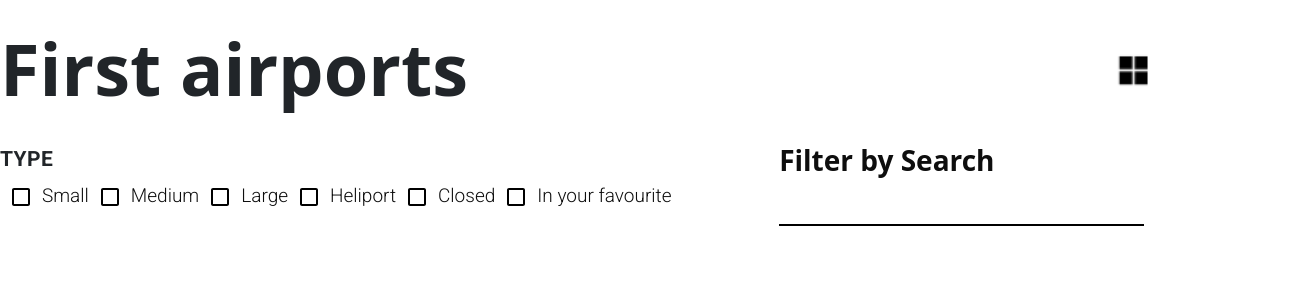
Repository: Rubin78/Firstairport
Page: /
These files come from the project's save history. The page is drawn as it stood at one moment and after the next save; the edit follows.
The browser window is 1280 px wide. The page is 1295 px wide, so the pictures cover 1295 px, including what lies to the right of the window. The pictures show the whole page.
The page's requests for data from a server got no answer. The project was rebuilt for these pictures with package versions that can differ from the ones it lists, and the page was loaded fresh each time. No one was signed in, and anything a server would have sent is missing.

Above is the page before, as saved 2021-03-29 23:05:02.

### src/App.js




/* import React,{useEffect,useState} from 'react';
import axios from "axios";
import DataTable from "./DataTable";

const App = () => {

   const [task, setTask] = useState({});
   const [taskListingData, setTaskListingData] = useState({});

   useEffect(() => {
     axios
       .get("https://datatable-1274e-default-rtdb.firebaseio.com/.json")
       .then((res) => {
         setTaskListingData(res.data);
       })
       .catch((err) => {
         console.log(err);
       });
   }, []);

   const handleTask = () => {
     setTask("ok");
   };
  return (
    <div>
      {taskListingData &&
        Object.entries(taskListingData).map((task) => (
          <>
            {task.map((item) => (
              <div key={item[0]}>
                <table>
                  <tbody>
                    <tr>
                      <th>{item.name}</th>
                      <th>{item.name}</th>
                      <th>{item.name}</th>
                    </tr>
                  </tbody>
                </table>
              </div>
            ))}
          </>
        ))}
    </div>
  );
};

export default App;  */




/* import React, { useState, useEffect } from "react";
import axios from "axios";
import { MDBContainer, MDBRow, MDBCol, MDBBtn, MDBInput, Col ,image,Row} from "mdbreact";
import "bootstrap-css-only/css/bootstrap.min.css";
import "mdbreact/dist/css/mdb.css";
import "./App.css";


import Checkbox from "@material-ui/core/Checkbox";
const App = () => {
  const [data, setData] = useState([]);
const [searchTerm, setsearchTerm] = useState("");
  useEffect(() => {
    axios
      .get("https://jsonplaceholder.typicode.com/users")
      .then((response) => {
        setData(response.data);
      })

      .catch((error) => {
        console.log(error);
      });
  });

  return (
    <div>
      <div>
        <Row className="banner">
          <div className="col-10 bannerinside">
            <div>
              <h1>
                First <span>airports</span>
              </h1>
            </div>
          </div>

          <div className="col-2">
            <img src={require("./assests/iconss.png")} />
          </div>
        </Row>
      </div>
      <div>
        <Row className="checkboxmain">
          <div className="col-7 bannercheckbox">

            <div className="typetext">TYPE</div>
            <Row>
              <Col>
                <Checkbox
                  className="changecolr"
                  inputProps={{
                    "aria-label": "uncontrolled-checkbox",
                    background: "black",
                  }}
                />
                <label>Small</label>
                <Checkbox
                  className="changecolr"
                  inputProps={{ "aria-label": "uncontrolled-checkbox" }}
                />
                <label>Medium</label>

                <Checkbox
                  className="changecolr"
                  inputProps={{ "aria-label": "uncontrolled-checkbox" }}
                />
                <label>Large</label>

                <Checkbox
                  className="changecolr"
                  inputProps={{ "aria-label": "uncontrolled-checkbox" }}
                />
                <label>Heliport</label>
                <Checkbox
                  className="changecolr"
                  inputProps={{ "aria-label": "uncontrolled-checkbox" }}
                />
                <label>Closed</label>

                <Checkbox
                  className="changecolr"
                  inputProps={{ "aria-label": "uncontrolled-checkbox" }}
                />
                <label>In your favourite</label>
              </Col>
            </Row>
          </div>
          <div className="col-5">


            <Col>
              <h5>Filter by Search</h5>
            </Col>
            <Col>
              <input
                placeholder="Sar"
                onChange={(event) => {
                  setsearchTerm(event.target.value);
                }}
              />
            </Col>
          </div>
        </Row>
      </div>

      <Row className="tablerbanner">
        <div className="col theader">Name</div>
        <div className="col theader">ICAO</div>
        <div className="col theader">IATA</div>
        <div className="col theader">Elev.</div>
        <div className="col theader">Lat.</div>
        <div className="col theader">Long.</div>
        <div className="col theader">Type</div>
      </Row>
      {data &&
        data.map((item) => (
          <div key={item.id}>
            <Col className="parentties">
              <Row>
                <div className="col ">{item.name}</div>
                <div className="col ">{item.name}</div>

                <div className="col">{item.name}</div>
                <div className="col">{item.name}</div>

                <div className="col">{item.name}</div>
                <div className="col">{item.name}</div>
                <div className="col">{item.name}</div>
              </Row>
            </Col>
          </div>
        ))}
    </div>
  );
};

export default App;


 */








import React,{useState,useEffect} from 'react';
import axios from "axios";
import DataTable from './DataTable';

import {
  MDBContainer,
  MDBRow,
  MDBCol,
  MDBBtn,
  MDBInput,
  Col,
  image,
  Row,
} from "mdbreact";
import "bootstrap-css-only/css/bootstrap.min.css";
import "mdbreact/dist/css/mdb.css";
import "./App.css";

import Checkbox from "@material-ui/core/Checkbox";

 function App(props) {
const [data, setData] = useState([])
const [q, setQ] = useState("");
const [searchColumns, setsearchColumns] = useState("");


    useEffect(() => {
      axios
        .get("https://datatable-1274e-default-rtdb.firebaseio.com/.json")
        .then((response) => {
          console.log(response.data);
          setData(response.data);
        }, [])

        .catch((error) => {
          console.log(error);
        });

    },[]


    );


function search(rows) {

  console.log(rows)
  return rows.filter((row) =>
  row.name.toLowerCase().indexOf(q) > -1 ||
    row.country.toLowerCase().indexOf(q) > -1 ||
      row.type.toLowerCase().indexOf(q) > -1







  );
}

  return (
    <div>
      {/*
      <div>
        <input type="text" value={q} onChange={(e) => setQ(e.target.value)} />
      </div> */}

      <div>
        <Row className="banner">
          <div className="col-10 bannerinside">
            <div>
              <h1>
                First <span>airports</span>
              </h1>
            </div>
          </div>

          <div className="col-2">
            <img src={require("./assests/iconss.png")} />
          </div>
        </Row>
      </div>
      <div>
        <Row className="checkboxmain">
          <div className="col-7 bannercheckbox">
            <div className="typetext">TYPE</div>
            <Row>
              <Col>
                <Checkbox
                  className="changecolr"
                  inputProps={{
                    "aria-label": "uncontrolled-checkbox",
                    background: "black",
                  }}
                />
                <label>Small</label>
                <Checkbox
                  className="changecolr"
                  inputProps={{ "aria-label": "uncontrolled-checkbox" }}
                />
                <label>Medium</label>

                <Checkbox
                  className="changecolr"
                  inputProps={{ "aria-label": "uncontrolled-checkbox" }}
                />
                <label>Large</label>

                <Checkbox
                  className="changecolr"
                  inputProps={{ "aria-label": "uncontrolled-checkbox" }}
                />
                <label>Heliport</label>
                <Checkbox
                  className="changecolr"
                  inputProps={{ "aria-label": "uncontrolled-checkbox" }}
                />
                <label>Closed</label>

                <Checkbox
                  className="changecolr"
                  inputProps={{ "aria-label": "uncontrolled-checkbox" }}
                />
                <label>In your favourite</label>
              </Col>
            </Row>
          </div>
          <div className="col-5">
            <Col>
              <h5>Filter by Search</h5>
            </Col>
            <Col>




                      <input type="text" value={q} onChange={(e) => setQ(e.target.value)} />

            </Col>
          </div>
        </Row>
      </div>
      <div>
        <DataTable data={search(data)} />
      </div>
    </div>
  );
}

export default App;

### src/DataTable.js
import { Component } from "react";

import React from 'react';
function DataTable({data}) {
    const columns = data[0] && Object.keys(data[0]);

    return (
      <table cellPadding={0} cellSpacing={0}>
        <thead>
          <tr>
            {data[0] &&
              columns.map((heading) => <th className="thead">{heading}</th>)}
          </tr>
        </thead>

        <tbody>
          {data.map((row) => (
            <tr>
              {columns.map((column) => (
                <td>{row[column]}</td>
              ))}
            </tr>
          ))}
        </tbody>
      </table>
    );
}

export default DataTable;

### src/App.css
/* .App {
  text-align: center;
}

.App-logo {
  height: 40vmin;
  pointer-events: none;
}

@media (prefers-reduced-motion: no-preference) {
  .App-logo {
    animation: App-logo-spin infinite 20s linear;
  }
}

.App-header {
  background-color: #282c34;
  min-height: 100vh;
  display: flex;
  flex-direction: column;
  align-items: center;
  justify-content: center;
  font-size: calc(10px + 2vmin);
  color: white;
}

.App-link {
  color: #61dafb;
}

@keyframes App-logo-spin {
  from {
    transform: rotate(0deg);
  }
  to {
    transform: rotate(360deg);
  }
}



 */



#customers {
  font-family: Arial, Helvetica, sans-serif;
  border-collapse: collapse;
  width: 100%;
}

.col.parentties{
  border: 1px solid #ddd;
  padding: 15px;
}

  .parentties:nth-child(even){background-color: red;}



col {
  padding-top: 12px;
  padding-bottom: 12px;
  text-align: left;
  background-color: #4CAF50;
  color: white;
}



/* .theader */
 /* th {
    padding: 25px 25px;

    font-size: 21px;
    font-weight: bolder;
} */
.table.th{
    font-size: 21px;
    padding: 20px;
    font-weight: bolder;
}

th.thead {
    font-size: 16px;
    text-align: center;
    font-weight: bold;
        padding: 25px 25px;
        font-family: ;

}
.typetext{

  font-size: 21px;
  font-weight: bold;
  letter-spacing: 0.02em;
}
table {
  border-collapse: collapse;
  border: 1px solid black;
}

td {
  border: 1px solid black;

  font-size: 21px;
  font-weight: bold;
  letter-spacing: 0.02em;
}

table {
  table-layout: auto;
  width: 100%;
}





h1 {
    font-family: system-ui;
    font-size: 4.5rem;
        font-weight: bold;

}
.row.banner {
    height: 20vh;
}

.col-10.bannerinside{
    display: flex;
    align-items: center;
}

.checkboxh{
  height: 15vh;
  align-items: center;
}

.checkboxmain{
  height: 13vh;
}
h5 {
    font-weight: bold;
    font-size: 1.75rem;
    font-family: 'system-ui';

}


input {
    width: 75%;
    padding: 5px;
    border: 0;
    border-bottom: 2px solid black;
}


.tablerbanner{
  background-color: #c4c4c4;
}

span.MuiButtonBase-root.MuiIconButton-root.PrivateSwitchBase-root-1.MuiCheckbox-root.MuiCheckbox-colorSecondary.changecolr.PrivateSwitchBase-checked-2.Mui-checked.MuiIconButton-colorSecondary {
    color: black;
}

.col-2 {
    display: flex;
    align-items: center;
}

textarea:focus, input:focus{
    outline: none;
}

.col {
    font-size: 19px;
    color: #0e0e0e;
    /* font-weight: 800; */
}

span.MuiIconButton-label {
    color: black;
}

Loaded but not shown: public/index.html (common file); src/index.js (common file); src/index.css (common file); src/serviceWorker.js (common file)

After the next save:
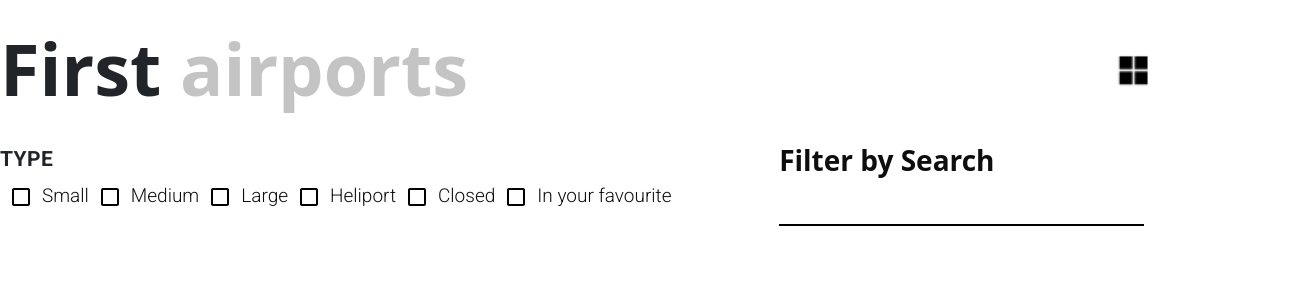
Saved 43 s later.
--- a/src/App.css
+++ b/src/App.css
@@ -114,7 +114,9 @@ table {
 }
 
 
-
+span {
+    color: #c4c4c4;
+}
 
 
 h1 {
